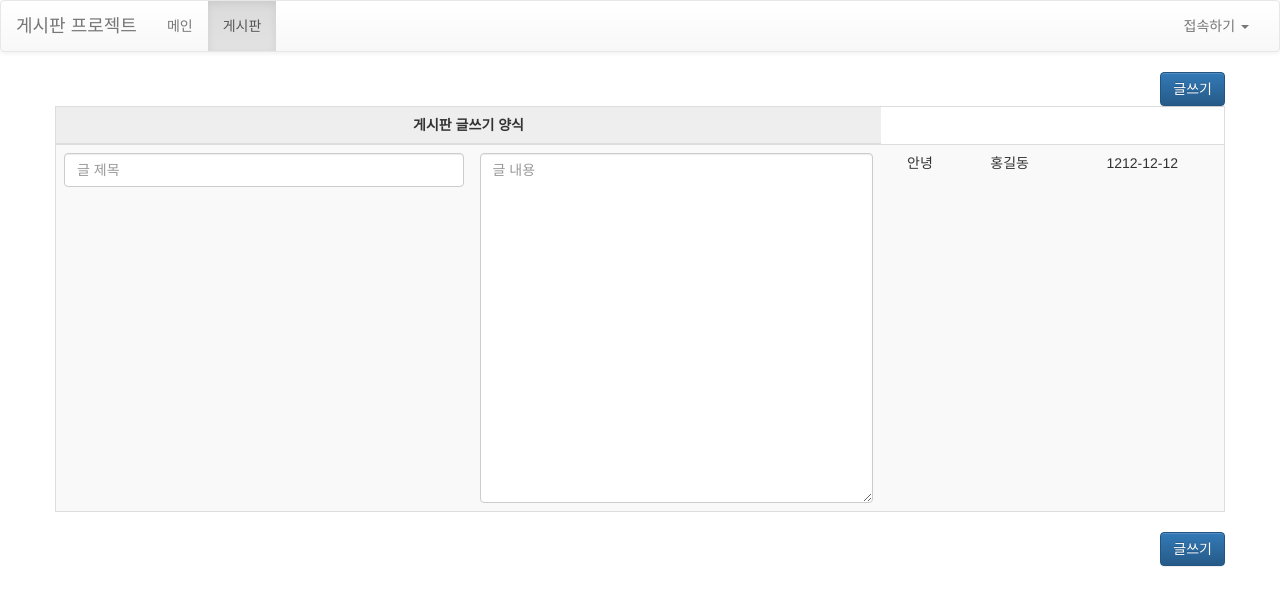
Repository: Seok7975/JSP-Education
Page: http://localhost/BBS/write.jsp
An editor plug-in stored every save of this project. The page is shown before and after the next save, followed by the edit.
The browser window is 1280 px wide. The pictures show the whole page.
Some web libraries are served in a nearby version. The page is served by Tomcat 9.

Above is the page before, as saved 2024-06-05 10:35:06.

After the next save:
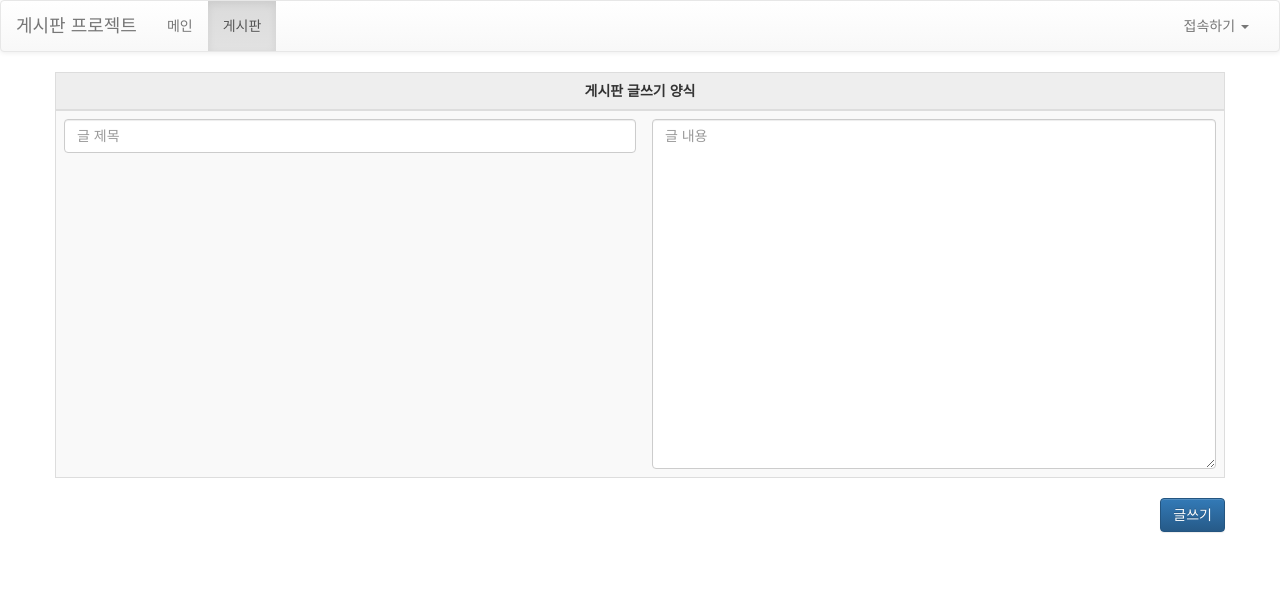
Saved 59 s later.
--- a/List_Projects/BBS/src/main/webapp/write.jsp
+++ b/List_Projects/BBS/src/main/webapp/write.jsp
@@ -83,14 +83,11 @@
 						<tr>
 							<td><input type="text" class="form-control" placeholder="글 제목" name="bbsTitle" maxlength="50"></td>
 							<td><textarea type="text" class="form-control" placeholder="글 내용" name="bbsContent" maxlength="9999" style="height: 350px;"></textarea></td>
-							<td>안녕</td>
-							<td>홍길동</td>
-							<td>1212-12-12</td>
 						<tr>
 					</tbody>
-					<input type="submit" class="btn btn-primary pull-right" value="글쓰기">
+
 				</table>
-			<a href="write.jsp" class="btn btn-primary pull-right">글쓰기</a>
+				<input type="submit" class="btn btn-primary pull-right" value="글쓰기">
 			</form>
 		</div>
 	</div>
